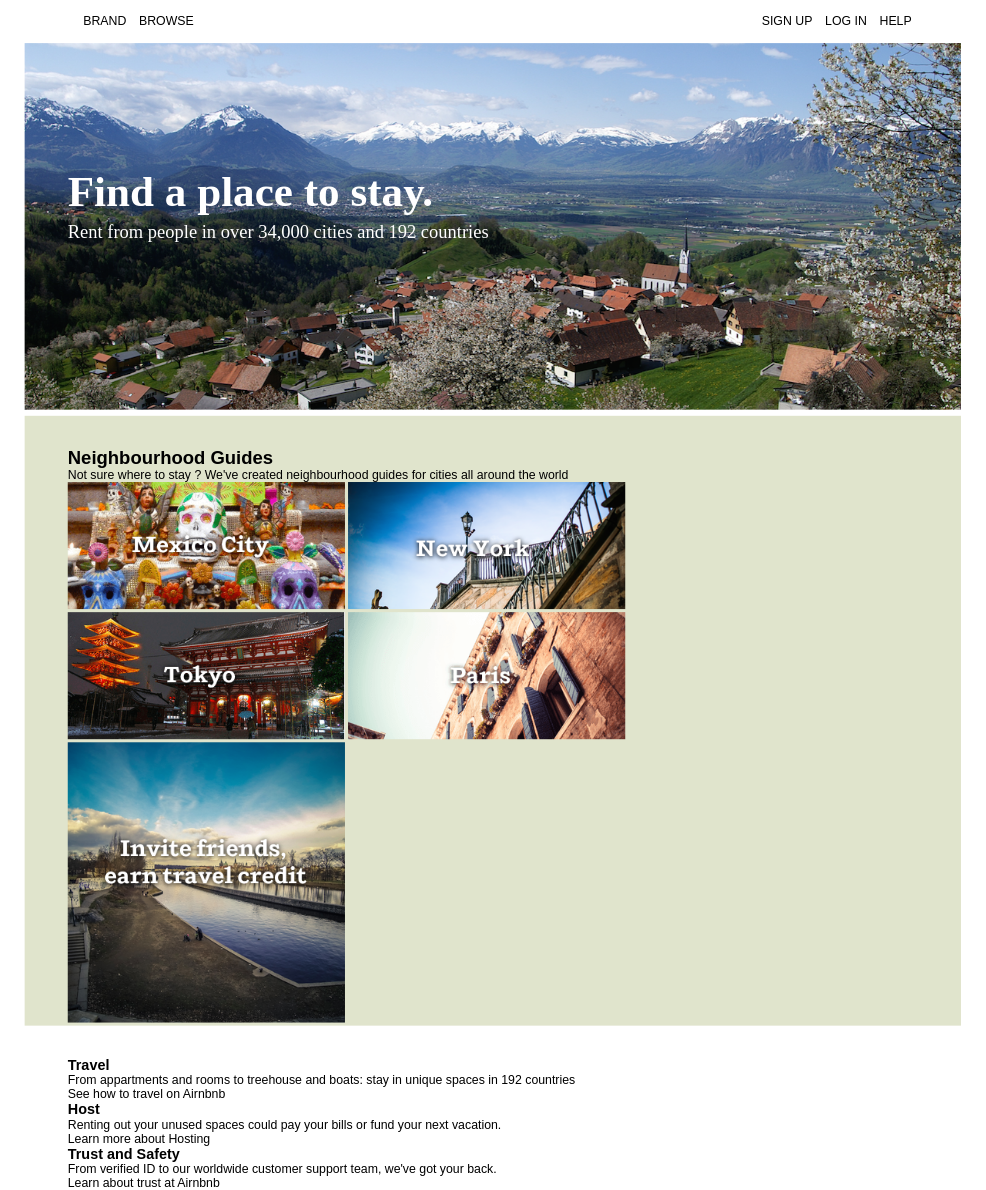
Repository: Naohonproject/web101x02_asm1
Page: Project2.html
An editor plug-in stored every save of this project. The page is shown before and after the next save, followed by the edit.
The browser window is 1280 px wide. The pictures show the whole page, at 77% of full size.

Above is the page before, as saved 2022-01-15 19:29:27.

### Project2.html
<!-- @format -->

<!DOCTYPE html>
<html lang="en">
	<head>
		<meta charset="UTF-8" />
		<meta http-equiv="X-UA-Compatible" content="IE=edge" />
		<meta name="viewport" content="width=device-width, initial-scale=1.0" />
		<link rel="stylesheet" href="./assets/css/style.css" />
		<link rel="stylesheet" href="./assets/css/responsive.css" />
		<title>Homepage</title>
	</head>
	<body>
		<div id="header">
			<div class="header-wrapper">
				<div class="nav-bar">
					<ul class="left-nav pull-left">
						<li>Brand</li>
						<li>Browse</li>
					</ul>
					<ul class="right-nav pull-right">
						<li><a href="Signup.html">Sign Up</a></li>
						<li><a href="login.html" target="_blank">Log In</a></li>
						<li>Help</li>
					</ul>
				</div>
			</div>
		</div>

		<div id="banner">
			<div class="banner-wrapper">
				<div class="banner-text-content">
					<div class="content-heading">
						<h1 class="white-text">Find a place to stay.</h1>
					</div>
					<div class="content-desc">
						<p class="white-text">
							Rent from people in over 34,000 cities and 192 countries
						</p>
					</div>
				</div>
			</div>
		</div>

		<div id="content">
			<div class="content-wrapper box-padding">
				<div class="content-heading">
					<h2>Neighbourhood Guides</h2>
					<p>
						Not sure where to stay ? We've created neighbourhood guides for
						cities all around the world
					</p>
				</div>
				<div class="content-images-table">
					<div>
						<img
							src="./assets/img/web101x-Mexico City.png"
							alt="Mexico City"
							width="360"
						/>
						<img
							src="./assets/img/web101x-New York.png"
							alt="New York City"
							width="360"
						/>
					</div>
					<div>
						<img
							src="./assets/img/web101x-Tokyo.png"
							alt="Tokyo City"
							width="360"
						/>
						<img
							src="./assets/img/web101x-Paris.png"
							alt="Paris City"
							width="360"
						/>
					</div>
					<div>
						<img
							src="./assets/img/web101x-Invitation.png"
							alt="Invitation image"
							width="360"
						/>
					</div>
				</div>
			</div>
		</div>

		<div id="footer">
			<div class="footer-wrapper box-padding">
				<div class="footer-block">
					<h3>Travel</h3>
					<p>
						From appartments and rooms to treehouse and boats: stay in unique
						spaces in 192 countries
					</p>
					<a href="#">See how to travel on Airnbnb</a>
				</div>

				<div class="footer-blockr">
					<h3>Host</h3>
					<p>
						Renting out your unused spaces could pay your bills or fund your
						next vacation.
					</p>
					<a href="#">Learn more about Hosting</a>
				</div>

				<div class="footer-block">
					<h3>Trust and Safety</h3>
					<p>
						From verified ID to our worldwide customer support team, we've got
						your back.
					</p>
					<a href="#">Learn about trust at Airnbnb</a>
				</div>
			</div>
		</div>
	</body>
</html>

### assets/css/style.css
/** @format */

/* common */

/* reset css */
* {
	box-sizing: border-box;
	padding: 0;
	margin: 0;
	text-decoration: none;
	color: #000;
}

/* row style */
.row {
}
/* collumn style */
.col {
}

.col-haft {
}

.col-third {
}

.align-center {
}
/* Set text lineweight to Bold */
.bold-text {
}
.white-text {
	color: #fff !important;
}
.btn-hover {
}

.pull-left {
	float: left !important;
}

.pull-right {
	float: right !important;
}

.box-padding {
	padding-left: 56px;
	padding-right: 56px;
	padding-top: 40px;
}
/* specific */

html {
	font-family: Arial, Helvetica, sans-serif;
}

body {
	padding: 0 32px;
}

/* start styling header */
#header {
	height: 56px;
	width: 100%;
	background-color: #fff;
	background-clip: border-box;
	color: #000;
	font-size: 16px;
	text-transform: uppercase;
	font-weight: 500;
	position: fixed;
	top: 0;
	left: 0;
	z-index: 1;
	padding: 0 32px;
}

.header-wrapper {
	height: 100%;
	padding: 0 64px;
}

#header li {
	line-height: 56px;
}

#header li {
	display: inline-block;
	margin-left: 12px;
}
/* end styling header */

/* start styling banner */
#banner {
	width: 100%;
	margin-top: 56px;
	padding-top: 39.123607%;
	background: url(../img/banner/banner.png) top center / cover no-repeat;
	background-origin: border-box;
	position: relative;
	top: 0;
	left: 0;
}

.banner-text-content {
	position: absolute;
	top: 160px;
	left: 56px;
}

#banner .content-heading,
.content-desc {
	margin-bottom: 8px;
	font-family: "Times New Roman", Times, serif;
}

#banner .content-heading {
	font-size: 28px;
}

#banner .content-desc {
	font-size: 24px;
}
/* end styling banner */

/* start styling content */
#content {
	background-color: #e0e4cc;
	margin-top: 8px;
}
/* end styling content */

Loaded but not shown: assets/css/responsive.css (no stored copy; drawn as an empty file)

After the next save:
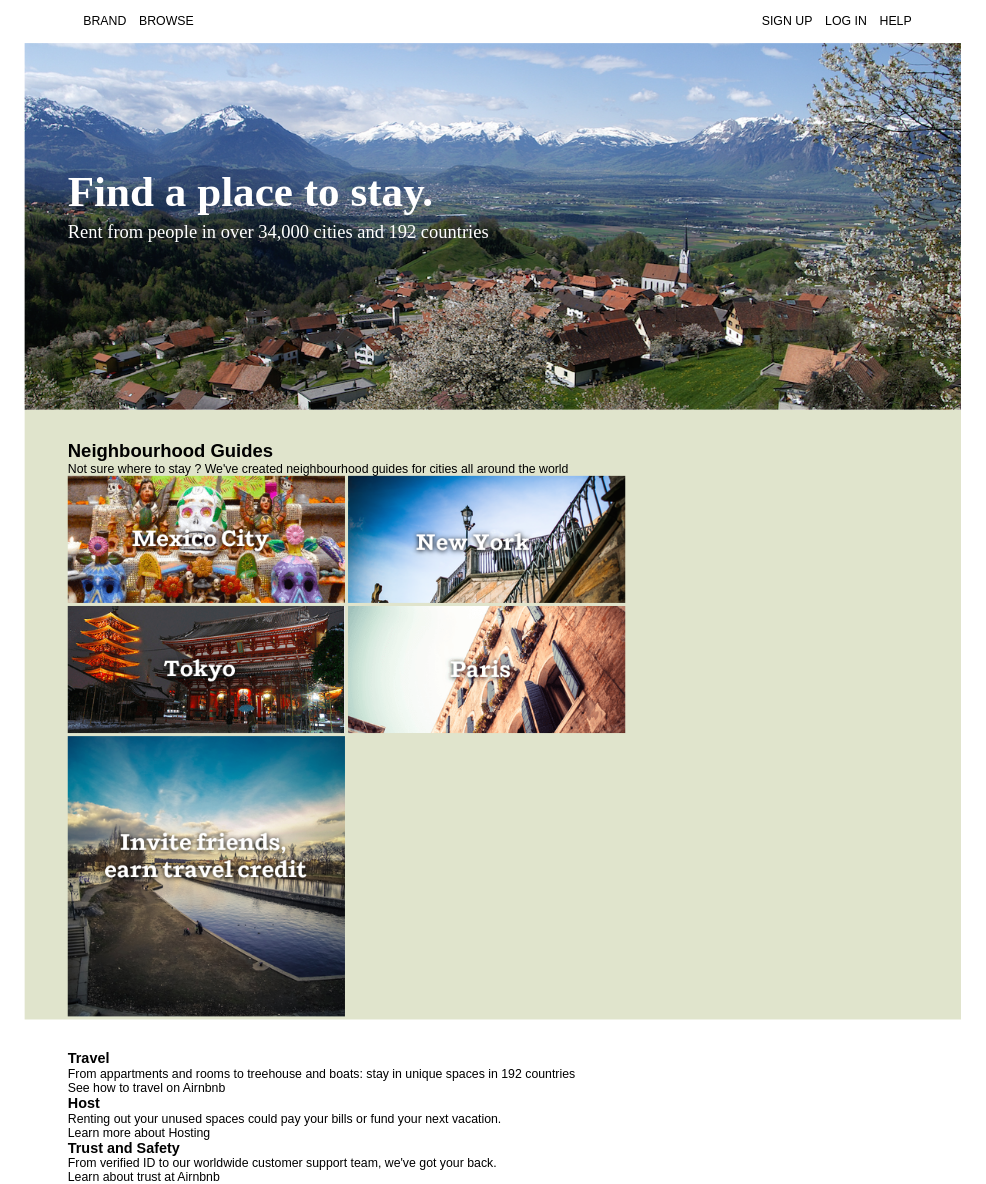
Saved 2 min 26 s later.
--- a/assets/css/style.css
+++ b/assets/css/style.css
@@ -126,6 +126,5 @@ body {
 /* start styling content */
 #content {
 	background-color: #e0e4cc;
-	margin-top: 8px;
 }
-/* end styling content */
+#content .content-heading; /* end styling content */
